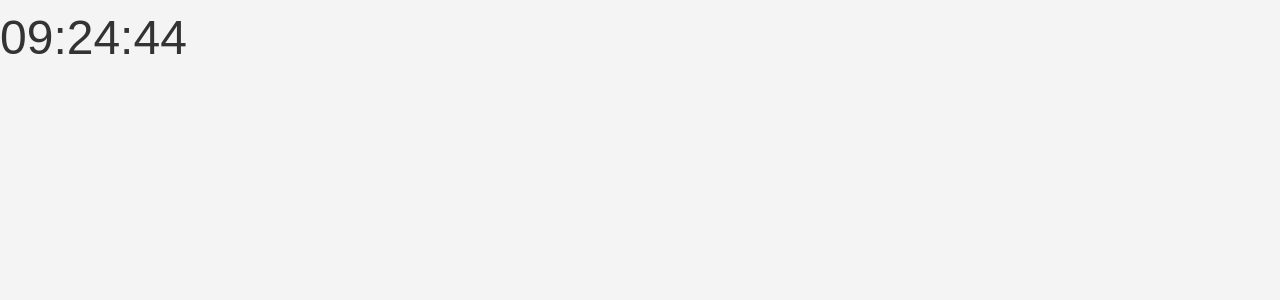
Repository: razrednicasopis/razrednicasopis.github.io
Page: Resources/ura.html
An editor plug-in stored every save of this project. The page is shown before and after the next save, followed by the edit.
The browser window is 1280 px wide. The pictures show the whole page.

Above is the page before, as saved 2024-03-08 08:20:52.
Console error: TypeError: Cannot read properties of null (reading 'addEventListener')

After the next save:
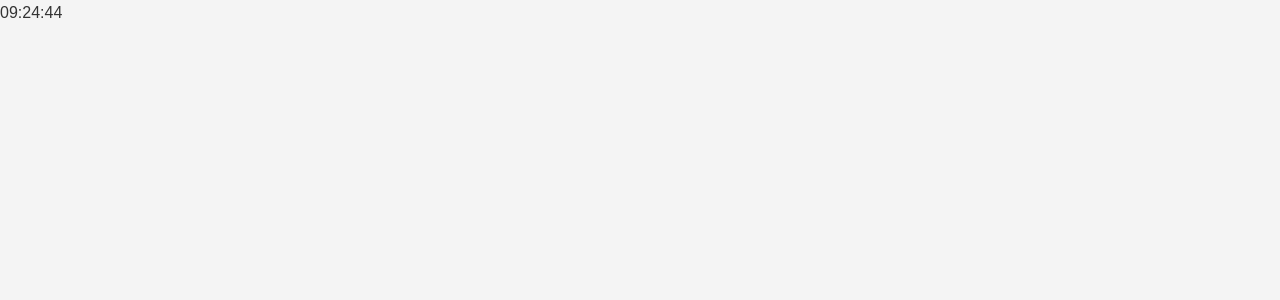
Saved 27 s later.
--- a/Resources/system.css
+++ b/Resources/system.css
@@ -380,6 +380,7 @@
 
 .clock {
   align-self: center;
+  justif
   font-size: 3em;
 }
 

After the 2 saves that followed:
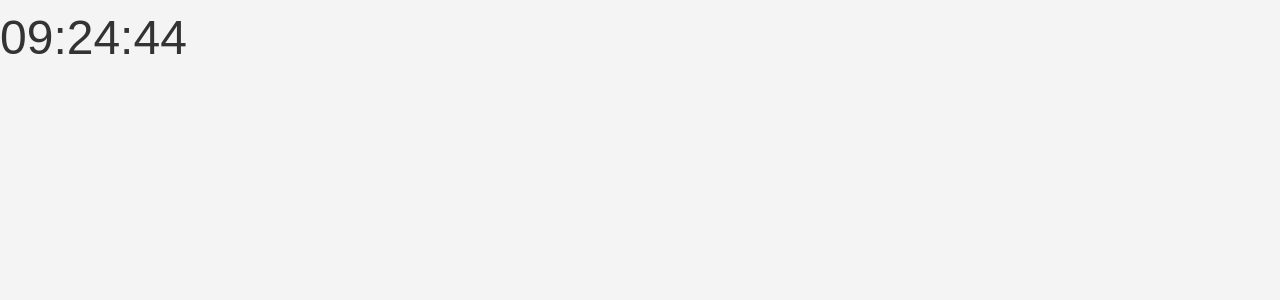
The 2 saves are shown as one change because 1 left the picture as it was.
The last was saved 8 s later.
--- a/Resources/system.css
+++ b/Resources/system.css
@@ -380,7 +380,7 @@
 
 .clock {
   align-self: center;
-  justif
+  justify-content: center;
   font-size: 3em;
 }
 
